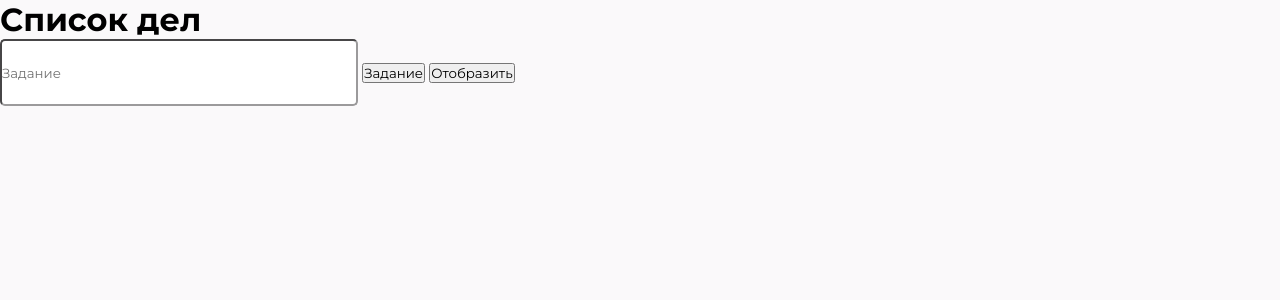
Repository: andbaik/it_unit9
Page: index.html
An editor plug-in stored every save of this project. The page is shown before and after the next save, followed by the edit.
The browser window is 1280 px wide. The pictures show the whole page.

Above is the page before, as saved 2021-04-06 21:52:54.

After the next save:
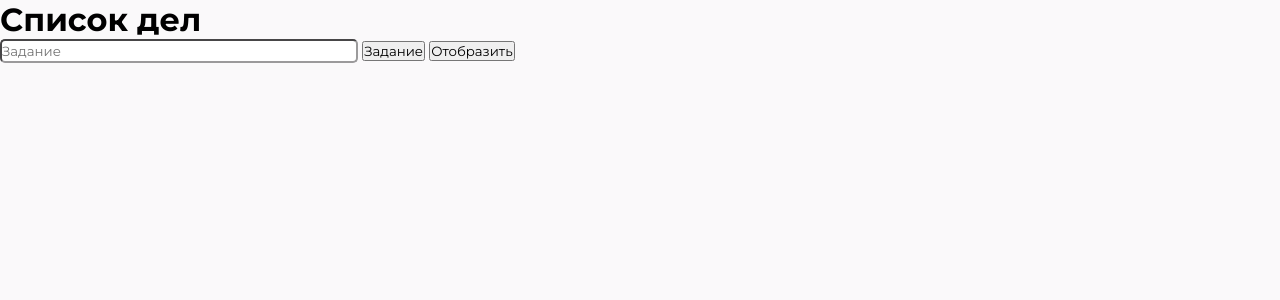
Saved 78 s later.
--- a/css/style.css
+++ b/css/style.css
@@ -13,7 +13,7 @@ background-color: #FAF9FA;
 
 input {
     width: 354px;
-    height: 63px;
+    height: 20px;
     border-radius: 5px;
     border-color: #9B9A9B;
 
